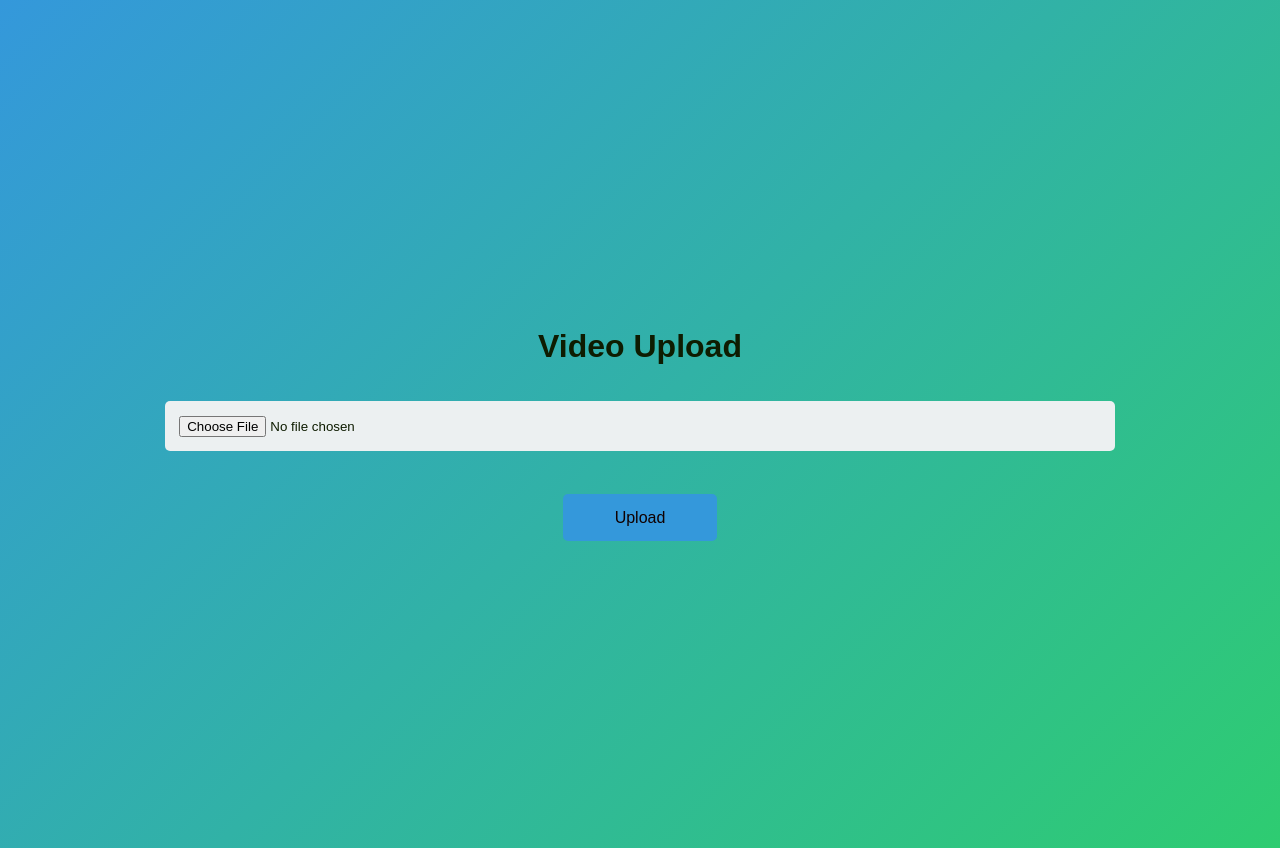
Repository: ChinmayaGit/No-parking-auto-challan-generator
Page: http://localhost/
The author's editor kept a copy of each file at every save. The page is drawn from the files as they stood at one save, then again after the next save.
The browser window is 1280 px wide. The pictures show the whole page.
The page is served by the project's application, run on Flask 3 (app.py). Other server files are loaded and not shown.

Above is the page before, as saved 2023-12-31 18:06:37.

### templates/index.html
<!DOCTYPE html>
<html lang="en">
  <head>
    <meta charset="UTF-8" />
    <meta name="viewport" content="width=device-width, initial-scale=1.0" />
    <title>Video Upload</title>
    <style>
      body {
        background: linear-gradient(
          135deg,
          #3498db,
          #2ecc71
        ); /* Gradient from blue to green */
        color: #0e1c01; /* White text */
        font-family: "Arial", sans-serif;
        text-align: center;
        padding: 5vw; /* 5% of the viewport width for padding */
        display: flex;
        flex-direction: column;
        align-items: center;
        justify-content: center;
        height: 100vh;
        margin: 0;
      }

      h1 {
        margin-bottom: 3vh; /* 3% of the viewport height for margin */
      }

      form {
        display: flex;
        flex-direction: column;
        align-items: center;
        width: 100%; /* Full width for the form */
      }

      input[type="file"] {
        margin: 2vh 0; /* 2% of the viewport height for margin */
        padding: 2vh;
        border: none;
        background-color: #ecf0f1; /* Light gray background */
        border-radius: 5px;
        width: 80%; /* 80% of the width for the file input */
        outline: none;
      }

      input[type="submit"] {
        margin-top: 4vh; /* 4% of the viewport height for margin */
        padding: 2vh 4vw; /* 2% of the viewport height for vertical padding and 4% of the viewport width for horizontal padding */
        border: none;
        background-color: #3498db; /* Blue button color */
        color: #100101;
        border-radius: 5px;
        cursor: pointer;
        font-size: 16px;
        outline: none;
      }

      input[type="submit"]:hover {
        background-color: #2980b9; /* Darker blue on hover */
      }

      .download-link {
        margin-top: 4vh; /* 4% of the viewport height for margin */
        font-size: 18px;
      }
    </style>
  </head>
  <body>
    <h1>Video Upload</h1>

    <form action="/upload" method="post" enctype="multipart/form-data">
      <input type="file" name="file" accept="video/*" />
      <input type="submit" value="Upload" />
    </form>

    {% if filename %}
    <div class="download-link">
      <a href="{{ url_for('download_result') }}" download
        >Download The extracted number plates</a
      >
    </div>
    {% endif %}
  </body>
</html>

### app.py
from flask import Flask, render_template, request, redirect, url_for, send_from_directory
import os
import subprocess
from videoprocess import change_frame_rate

app = Flask(__name__)
UPLOAD_FOLDER = 'uploads'
app.config['UPLOAD_FOLDER'] = UPLOAD_FOLDER
app.config['MAX_CONTENT_LENGTH'] = 500 * 1024 * 1024  # 500 MB limit for file size

if not os.path.exists(UPLOAD_FOLDER):
    os.makedirs(UPLOAD_FOLDER)

# Counter for naming uploaded videos
video_count = 0


@app.route('/')
def index():
    return render_template('index.html')


@app.route('/upload', methods=['POST'])
def upload_file():
    global video_count

    if 'file' not in request.files:
        return redirect(request.url)

    file = request.files['file']

    if file.filename == '':
        return redirect(request.url)

    if file:
        # Save the file with a new name based on the counter
        video_count += 0.5
        filename = os.path.join(app.config['UPLOAD_FOLDER'], f"video_{video_count}.mp4")
        video_count += 0.5
        file.save(filename)
        filename2 = os.path.join(app.config['UPLOAD_FOLDER'], f"video_{video_count}.mp4")
        change_frame_rate(filename, filename2, frame_rate=5)
        # file.save(filename2)
        file_path = os.path.abspath(filename)
        os.remove(file_path)

        yolo_script_path = 'recognizer_plate.py'
        subprocess.run(['python', yolo_script_path], check=True)
        return render_template('index.html', filename=f"video_{video_count}.mp4")


from flask import send_file


@app.route('/download/licdet.csv')
def download_result():
    # Get the latest CSV file in the current directory
    csv_files = [f for f in os.listdir() if f.endswith('.csv')]

    if not csv_files:
        raise FileNotFoundError("No CSV files found in the current directory.")

    latest_csv = max(csv_files, key=lambda x: os.path.getctime(x))
    return send_from_directory('.', latest_csv, as_attachment=True)


if __name__ == '__main__':
    app.run(debug=True)

After the next save:
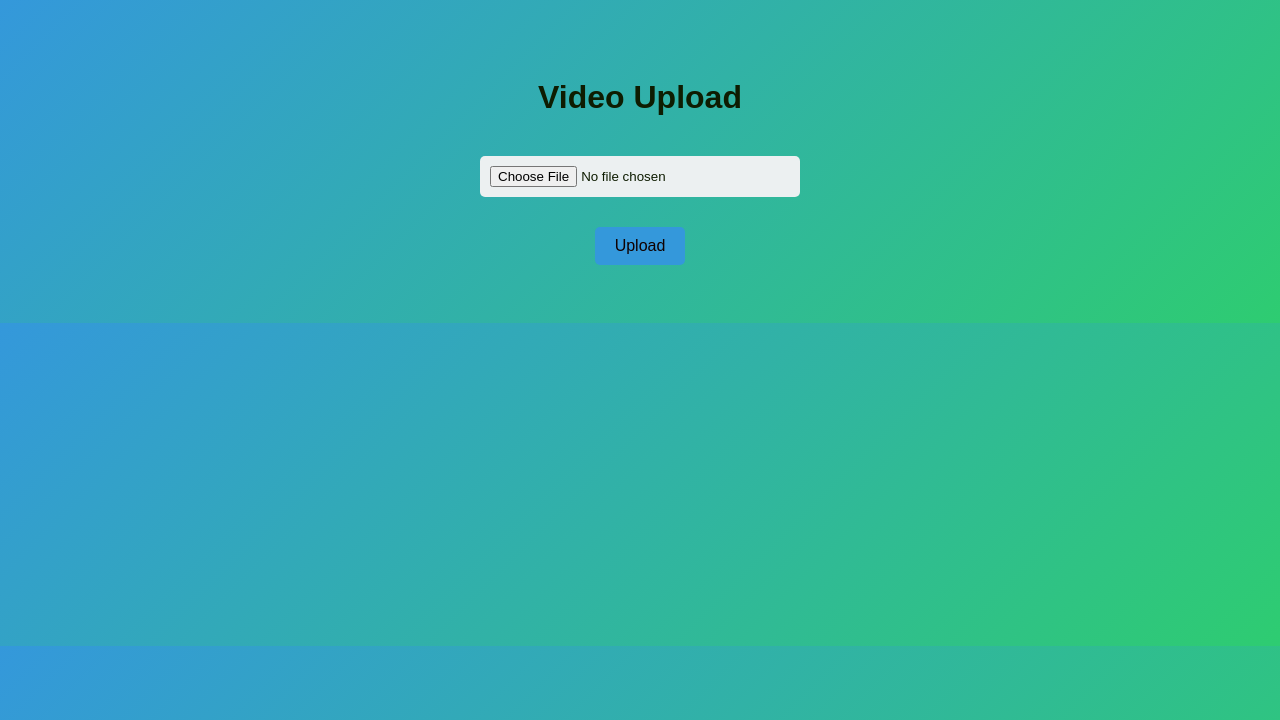
Saved 35 s later.
--- a/templates/index.html
+++ b/templates/index.html
@@ -14,39 +14,32 @@
         color: #0e1c01; /* White text */
         font-family: "Arial", sans-serif;
         text-align: center;
-        padding: 5vw; /* 5% of the viewport width for padding */
-        display: flex;
-        flex-direction: column;
-        align-items: center;
-        justify-content: center;
-        height: 100vh;
-        margin: 0;
+        padding: 50px;
       }
 
       h1 {
-        margin-bottom: 3vh; /* 3% of the viewport height for margin */
+        margin-bottom: 30px;
       }
 
       form {
         display: flex;
         flex-direction: column;
         align-items: center;
-        width: 100%; /* Full width for the form */
       }
 
       input[type="file"] {
-        margin: 2vh 0; /* 2% of the viewport height for margin */
-        padding: 2vh;
+        margin: 10px 0;
+        padding: 10px;
         border: none;
         background-color: #ecf0f1; /* Light gray background */
         border-radius: 5px;
-        width: 80%; /* 80% of the width for the file input */
+        width: 300px;
         outline: none;
       }
 
       input[type="submit"] {
-        margin-top: 4vh; /* 4% of the viewport height for margin */
-        padding: 2vh 4vw; /* 2% of the viewport height for vertical padding and 4% of the viewport width for horizontal padding */
+        margin-top: 20px;
+        padding: 10px 20px;
         border: none;
         background-color: #3498db; /* Blue button color */
         color: #100101;
@@ -61,7 +54,7 @@
       }
 
       .download-link {
-        margin-top: 4vh; /* 4% of the viewport height for margin */
+        margin-top: 20px;
         font-size: 18px;
       }
     </style>
